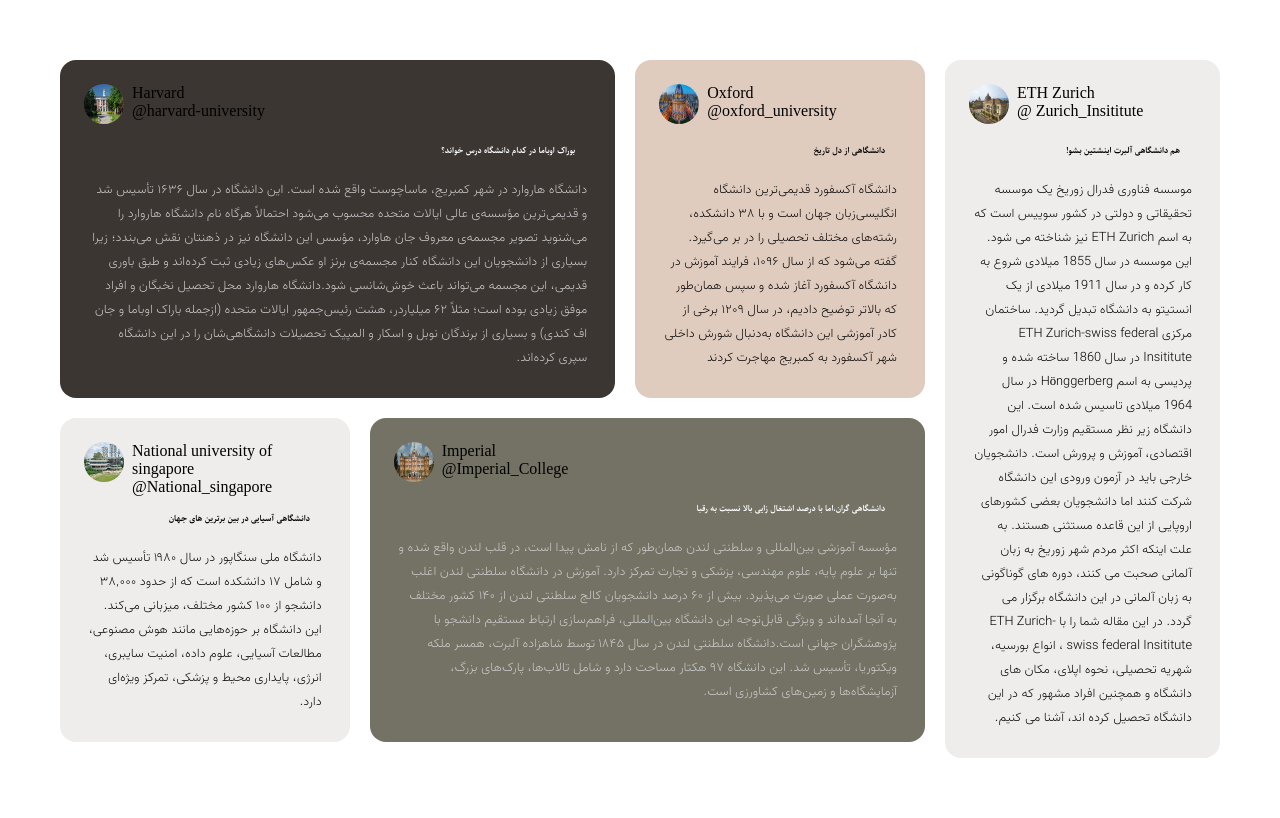
Repository: rahanwz/cards
Page: cards.html
These files come from the project's save history. The page is drawn as it stood at one moment and after a run of saves; the edit follows.
The browser window is 1280 px wide. The pictures show the whole page.

Above is the page before, as saved 2024-02-17 16:15:15.

After the next 3 saves:
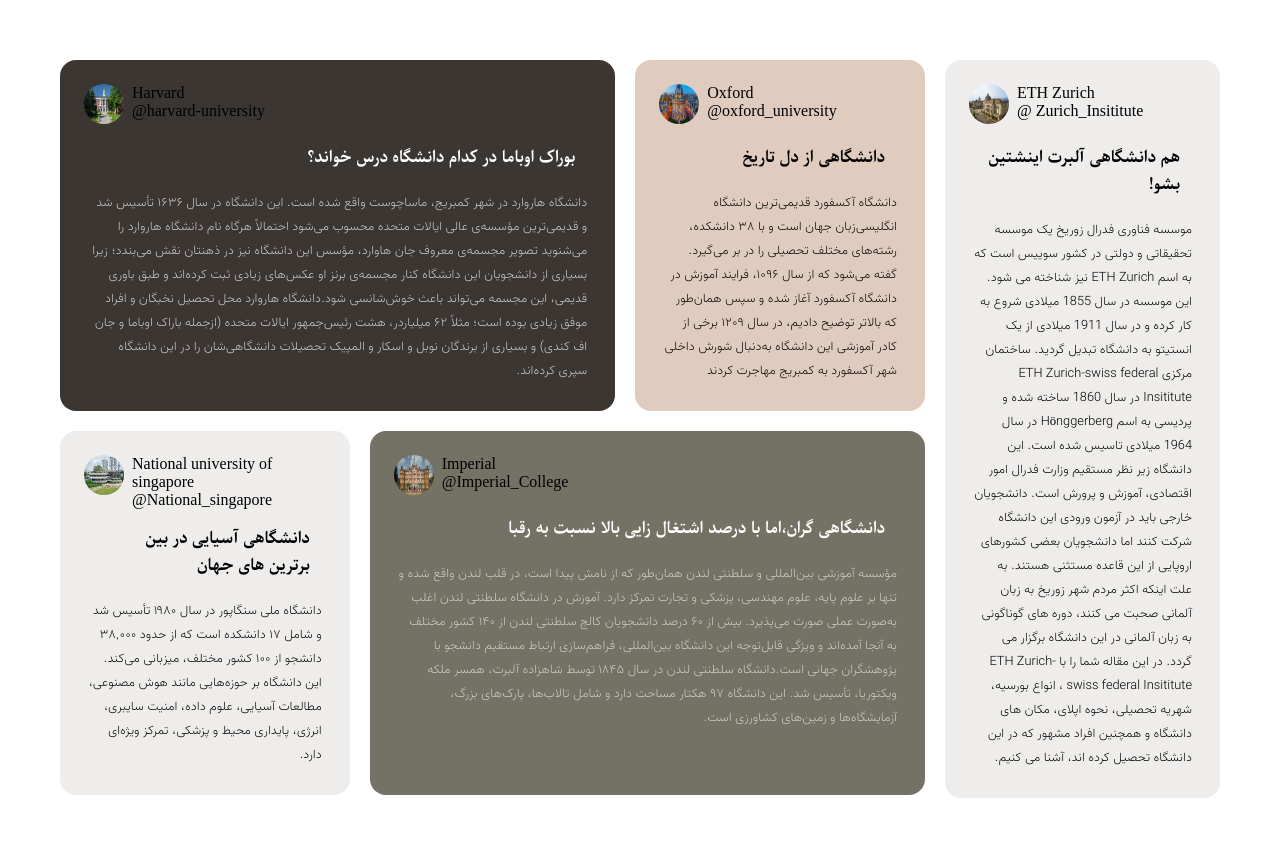
The 3 saves are shown as one change because they came seconds apart.
The last was saved 14 s later.
--- a/cards.css
+++ b/cards.css
@@ -96,7 +96,7 @@
 }
 
 .descrip1{
- font-size:.5rem;
+ font-size: 1rem;
  padding: 1rem;
  font-family: titr;
 }
